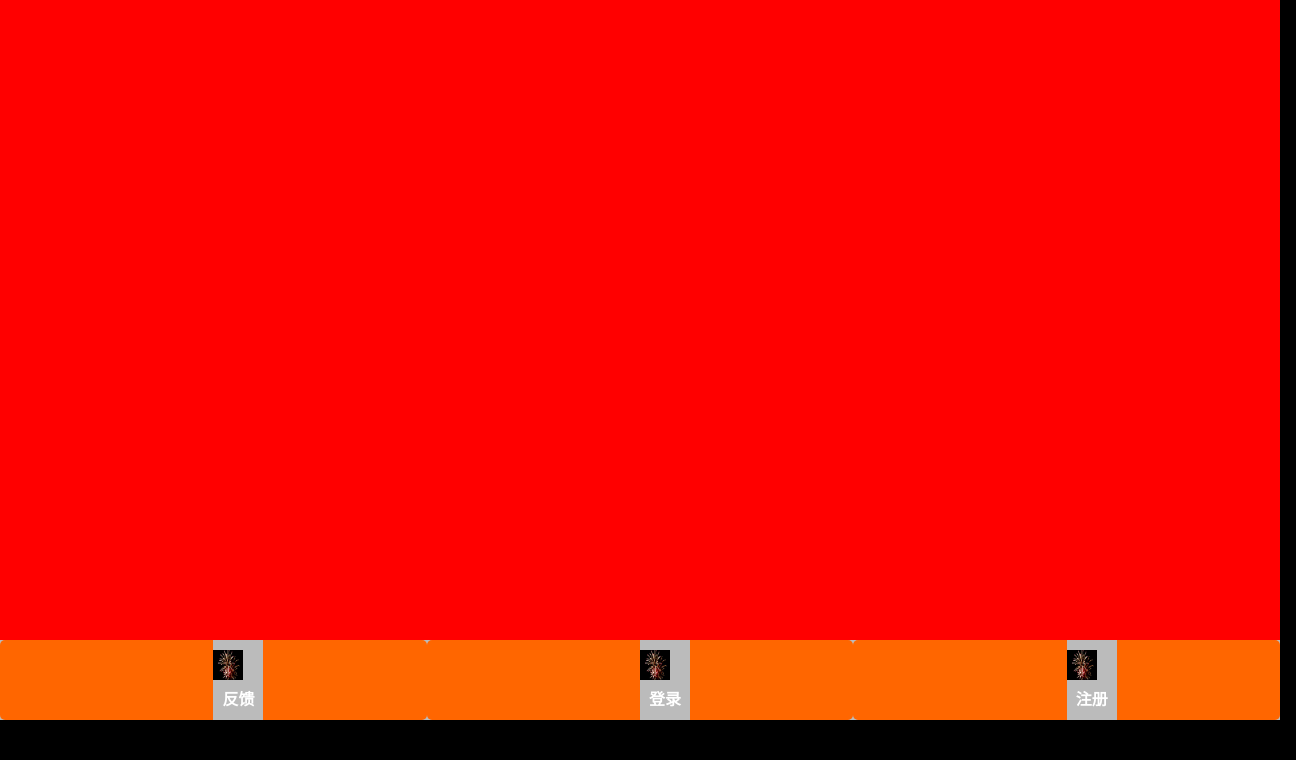
Repository: wangxinjun08231116/Html5Views
Page: WangXinJun/WebContent/htmls/QCF/shouye.html
These files come from the project's save history. The page is drawn as it stood at one moment and after the next save; the edit follows.
The browser window is 1280 px wide. The page is 1280 px wide, then 1296 px, then 1280 px, so the pictures cover 1296 px, including what lies to the right of the window. The pictures show the whole page.

Above is the page before, as saved 2015-01-21 08:02:08.

### WangXinJun/WebContent/htmls/QCF/shouye.html
<!DOCTYPE HTML>
<html>
<head>
<meta http-equiv="Content-Type" content="text/html; charset=utf-8">
<title>test</title>
 <link href="/WangXinJun/css/QCF/shouye.css" rel="stylesheet" type="text/css"/>
</head>


<body>
<div class="container" >
        <div class="btContainer" >
		<div class="submit-div" >
					<a class="submit-btn">注册</a>
					<img class = "bottomImage" src="/WangXinJun/images/js06/thumbnail_fireworks.jpg" >

		</div>

		<div class="submit-div" >
			<a class="submit-btn">登录</a>
							<img class = "bottomImage" src="/WangXinJun/images/js06/thumbnail_fireworks.jpg" >

		</div>
		<div class="submit-div" >
			<a class="submit-btn">反馈</a>
							<img class = "bottomImage" src="/WangXinJun/images/js06/thumbnail_fireworks.jpg" >

		</div>
		</div>
</div>

</body>
</html>

### WangXinJun/WebContent/css/QCF/shouye.css

* {margin:0;padding:0;}

html{
	height:100%;width:100%;
}
body {height:100%;width:100%;background:#000;
}

.container {width:100%;height:100%;
	background-color:red;
	position:absolute;
}

.image{width:100%;height:100%;background:#ccc;
		position:absolute;
		bottom:80px;
}




.btContainer{width:100%;height:80px;background:#bbb;
	position:absolute;
	bottom:0px;
}

.submit-div {

    height:80px;
    background-color: #f60;
    border-radius: 5px;
    color: #fff;
    font-size: 16px;
    font-weight: bold;
    width:33.33%;
	float:right;
	color: #fff;
    font-size: 16px;
    text-align:center;
}

.bottomImage{width:30px;height:30px;background:#ccc;
	position:absolute;
	top:10px;
	text-align:center;

}

.submit-btn {
	//position:relative;
	position:absolute;
	width:50px;
    height:80px;
    line-height:120px;
    background-color: #bbb;
    color: #fff;
    font-size: 16px;
    font-weight: bold;
    font-size: 16px;
    text-align:center;

}

After the next save:
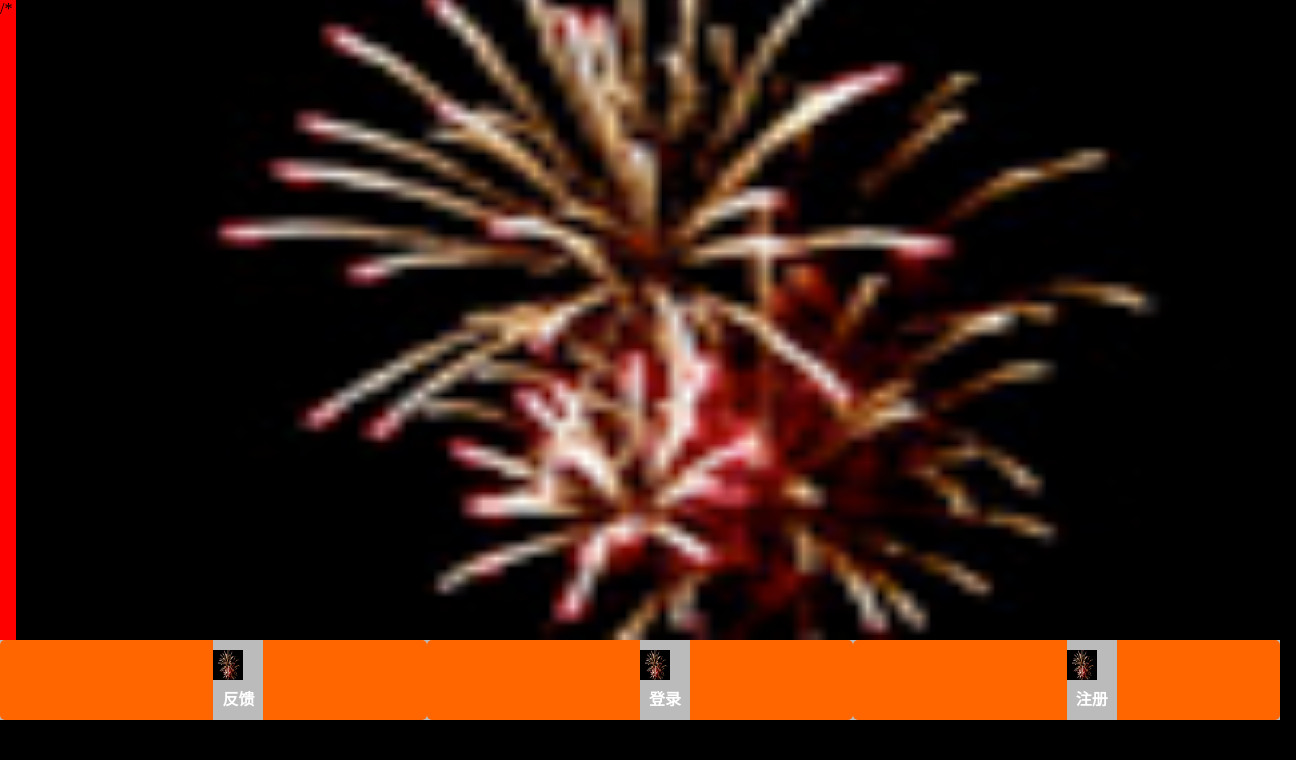
Saved 84 s later.
--- a/WangXinJun/WebContent/htmls/QCF/shouye.html
+++ b/WangXinJun/WebContent/htmls/QCF/shouye.html
@@ -9,6 +9,10 @@
 
 <body>
 <div class="container" >
+/*
+        <img class = "image" src="/WangXinJun/images/js06/thumbnail_fireworks.jpg" >
+*/
+
         <div class="btContainer" >
 		<div class="submit-div" >
 					<a class="submit-btn">注册</a>

After the save that followed:
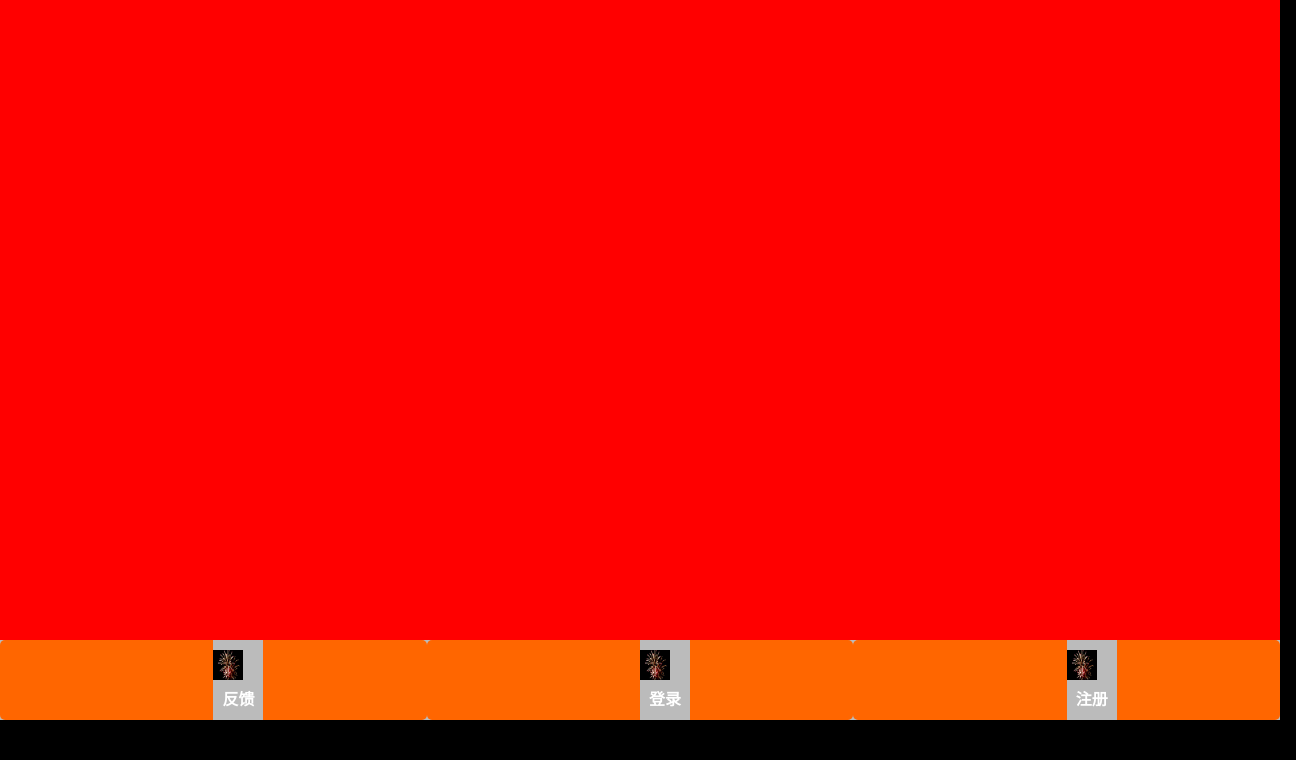
Saved 56 s later.
--- a/WangXinJun/WebContent/htmls/QCF/shouye.html
+++ b/WangXinJun/WebContent/htmls/QCF/shouye.html
@@ -9,9 +9,9 @@
 
 <body>
 <div class="container" >
-/*
+<!--
         <img class = "image" src="/WangXinJun/images/js06/thumbnail_fireworks.jpg" >
-*/
+-->
 
         <div class="btContainer" >
 		<div class="submit-div" >
